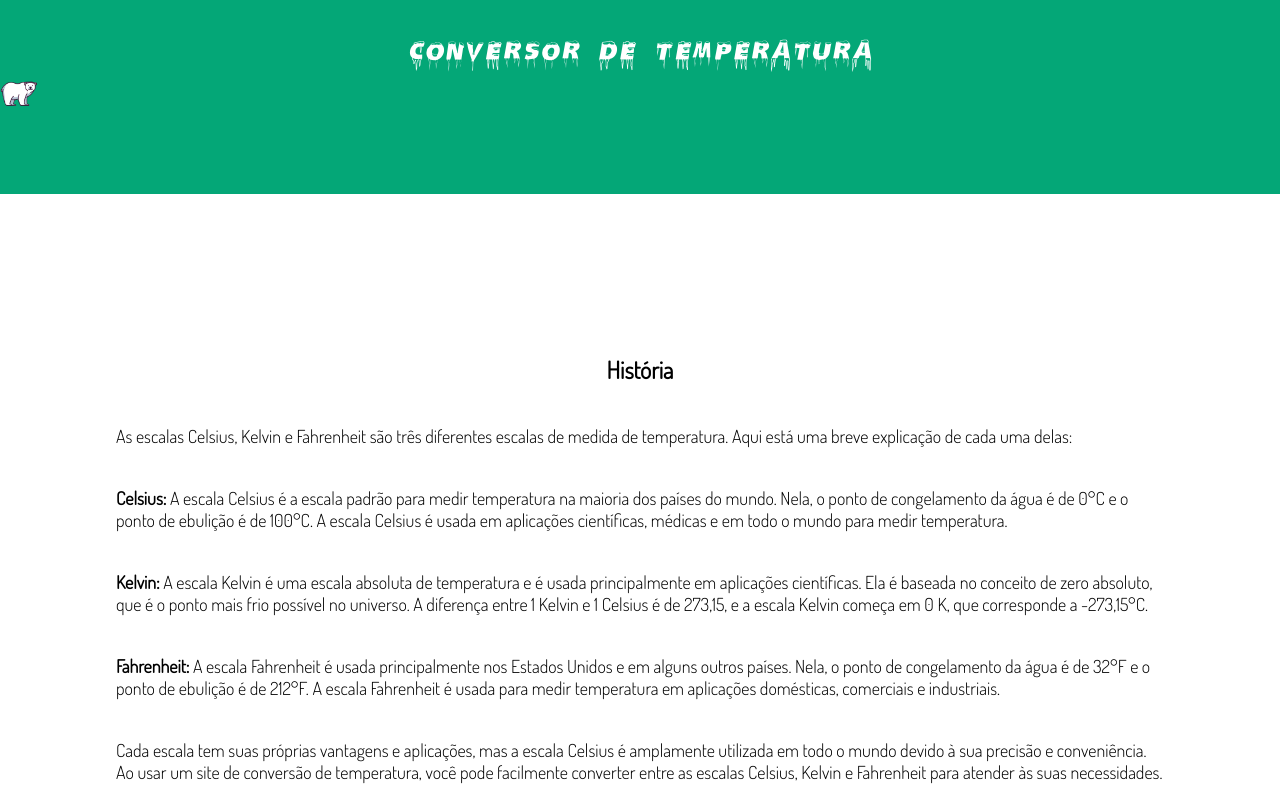
Repository: Leonngc/Conversor-de-temperatura
Page: history.html
The author's editor kept a copy of each file at every save. The page is drawn from the files as they stood at one save, then again after a run of saves.
The browser window is 1280 px wide. The pictures show the whole page.
Some icons come from a web library that is not loaded, so they are not drawn.

Above is the page before, as saved 2023-02-12 00:52:39.

After the next 3 saves:
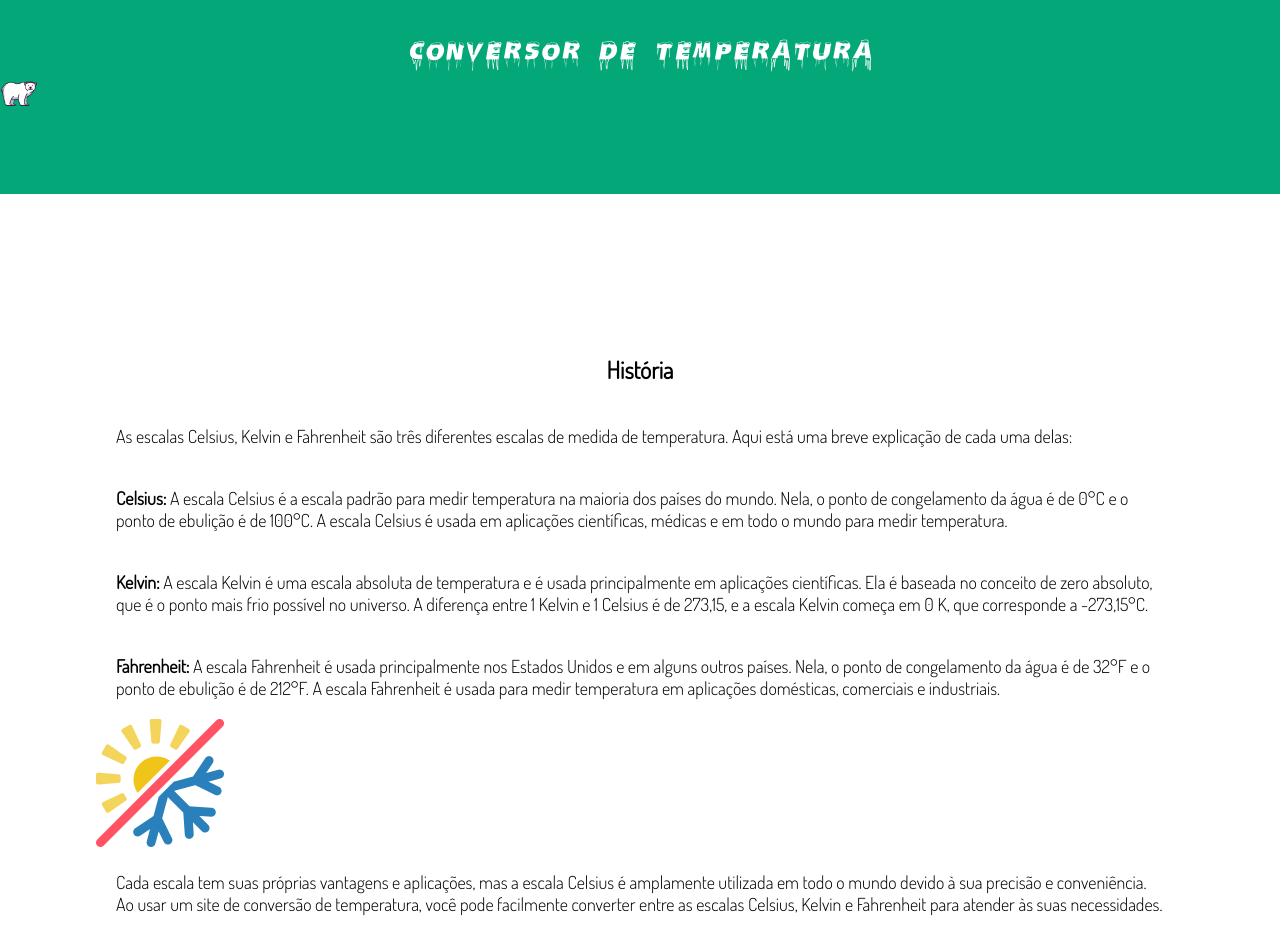
The 3 saves are shown as one change because they came seconds apart.
The last was saved 2 min 57 s later.
--- a/history.html
+++ b/history.html
@@ -62,6 +62,9 @@
           212°F. A escala Fahrenheit é usada para medir temperatura em
           aplicações domésticas, comerciais e industriais.
         </p>
+        <div>
+            <img src="image/temperaturas.png" alt="">
+        </div>
         <p>
           Cada escala tem suas próprias vantagens e aplicações, mas a escala
           Celsius é amplamente utilizada em todo o mundo devido à sua precisão e
